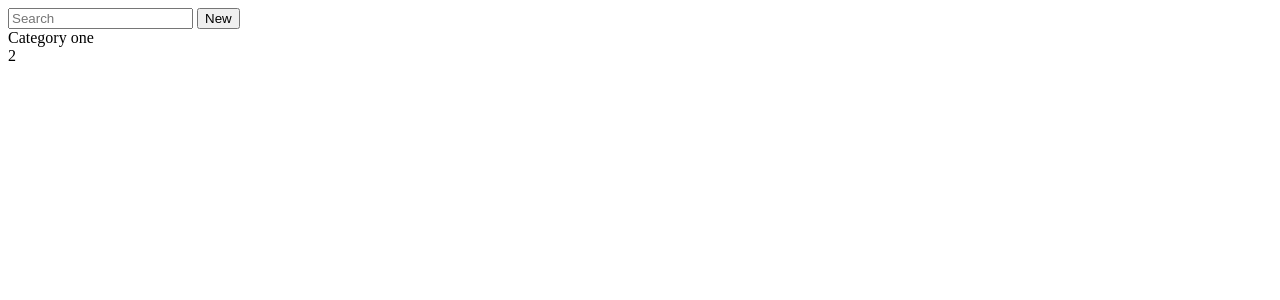
Repository: dvbondoy/peddler-pos
Page: www/product/templates/categories.html
These files come from the project's save history. The page is drawn as it stood at one moment and after the next save; the edit follows.
The browser window is 1280 px wide. The pictures show the whole page.

Above is the page before, as saved 2016-12-05 22:57:51.

After the next save:
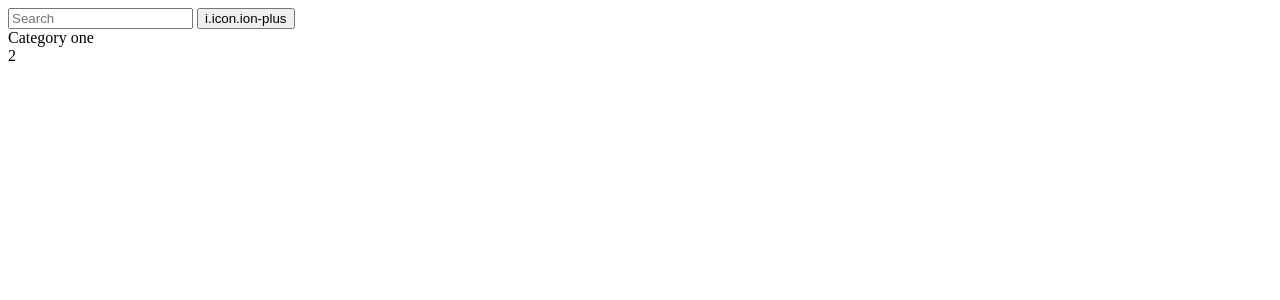
Saved 71 s later.
--- a/www/product/templates/categories.html
+++ b/www/product/templates/categories.html
@@ -4,7 +4,9 @@
       <i class="icon ion-ios-search placeholder-icon"></i>
       <input type="search" placeholder="Search">
     </label>
-    <button class="button button-clear button-positive">New</button>
+    <button class="button">
+      i.icon.ion-plus
+    </button>
       <!--<h2 class="title">Sub Header</h2>-->
     </div>
   <ion-content class="has-subheader">
